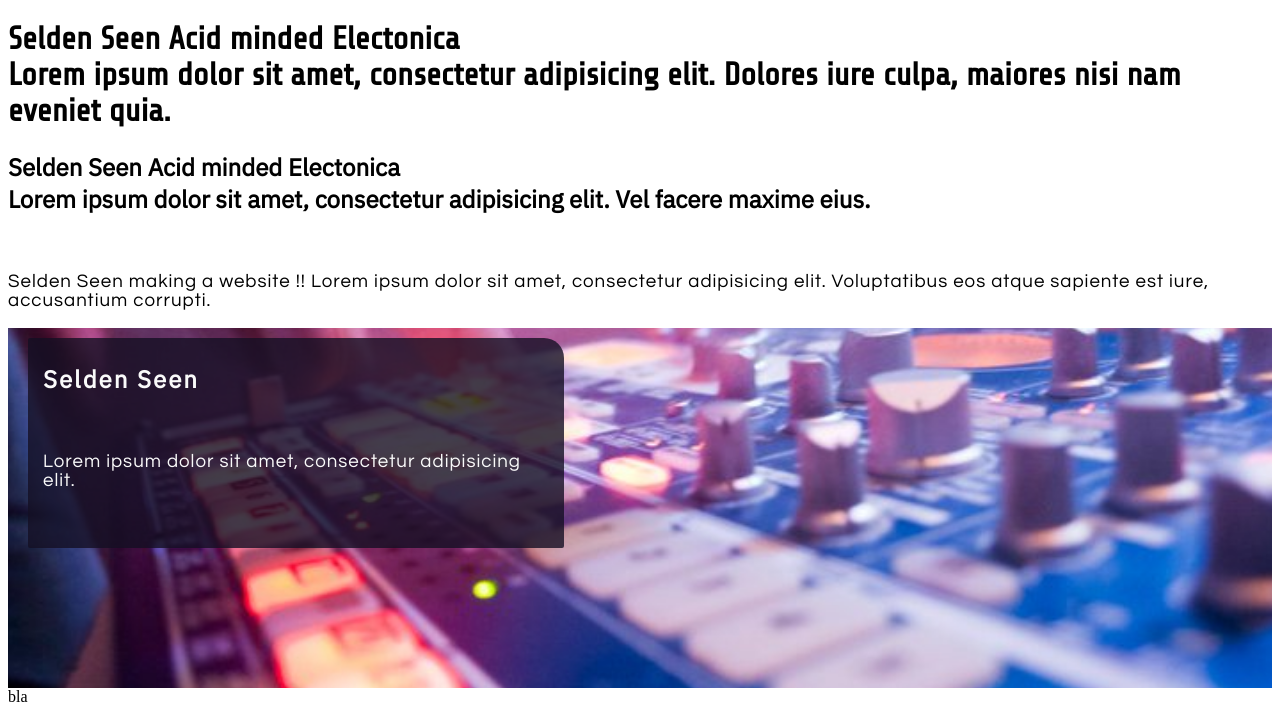
Repository: josvelema/milestone
Page: index.html
The author's editor kept a record of every edit. The page is drawn from the files as they stood at one moment, then again after the next edit.
The browser window is 1280 px wide. The pictures show the whole page.
Backgrounds fixed to the window are drawn as part of the page.

Above is the page before.

### index.html
<!DOCTYPE html>
<html lang="en">

<head>
    <meta charset="UTF-8">
    <meta name="viewport" content="width=device-width, initial-scale=1.0">
    <meta http-equiv="X-UA-Compatible" content="ie=edge">
    <link href="https://fonts.googleapis.com/css?family=IBM+Plex+Sans|Questrial|Share+Tech&display=swap" rel="stylesheet">
    <link href="CSS/style.css" rel="stylesheet" type="text/css">
    <title>Selden Seen</title>
</head>

<body>
    <header class="header">
        <h1> Selden Seen Acid minded Electonica<br> Lorem ipsum dolor sit amet, consectetur adipisicing elit. Dolores iure culpa, maiores nisi nam eveniet quia.
        </h1>
        <h2> Selden Seen Acid minded Electonica
            <br> Lorem ipsum dolor sit amet, consectetur adipisicing elit. Vel facere maxime eius.</h2>
        <br>
        <h3>Selden Seen making a website !! Lorem ipsum dolor sit amet, consectetur adipisicing elit. Voluptatibus eos atque sapiente est iure, accusantium corrupti.</h3>
    </header>
    <section>
        <div class="hero-image">
            <aside>
            <div class="callout">
                <h2>Selden Seen</h2>
                <br>
                <h3>Lorem ipsum dolor sit amet, consectetur adipisicing elit.</h3>
            </div>
            </aside>
        </div>
    </section>
    <br>
    <div class="footer">bla</div>
</body>

</html>

### CSS/style.css
@import url('https://fonts.googleapis.com/css?family=IBM+Plex+Sans|Questrial|Share+Tech&display=swap');

h1 {
    font-family: 'Share Tech', sans-serif;
}


h3 {
    font-family: 'Questrial', sans-serif;
    font-weight:300;
    letter-spacing: 1px;
}

h2 {
    font-family: 'IBM Plex Sans', sans-serif;
}
.head {
    background-color:transparent;
    width:75%;
    color: #777777;
}
.hero-image{
    background: url("../img/emxheroimage.jpg")no-repeat center center fixed;
    background-position: relative;
    background-repeat: no-repeat;
    background-size: cover;
    min-height: 360px;
    transition: all 5s ease-in-out;
    -moz-transition: all .5s ease-in-out;
    -webkit-transition: all .5s ease-in-out;
    background-color: rgba(0,0,0,0.5);
     width:100%;
      float: left;

    }



.callout {
        font-family: 'Share Tech', sans-serif;
        color: #fafafa;
        letter-spacing: 2px;
        font-weight:300;
        width:40%;
        height:200px;
        margin-top: 10px;
        margin-left:20px;
        margin-bottom: 40px;
        padding:5px 15px 5px 15px;
        background-color: rgba(20,15,35,0.8);
        border-top-right-radius: 20px;
        border-top-left-radius: 2px;
        border-bottom-left-radius: 2px;
        border-bottom-right-radius: 2px;
        display: inline-block;
}

.foot {
    width: 90%;
    height: 100px;
    background-color: rgba(25,25,25,0.5);
    color: #fafafa;
    border-radius: 5px 5px;
    border-color: #777777;
    position: relative;
    float: left;
    margin:5px auto;
    padding: 10px 30px 10px 30px;

}

After the next edit:
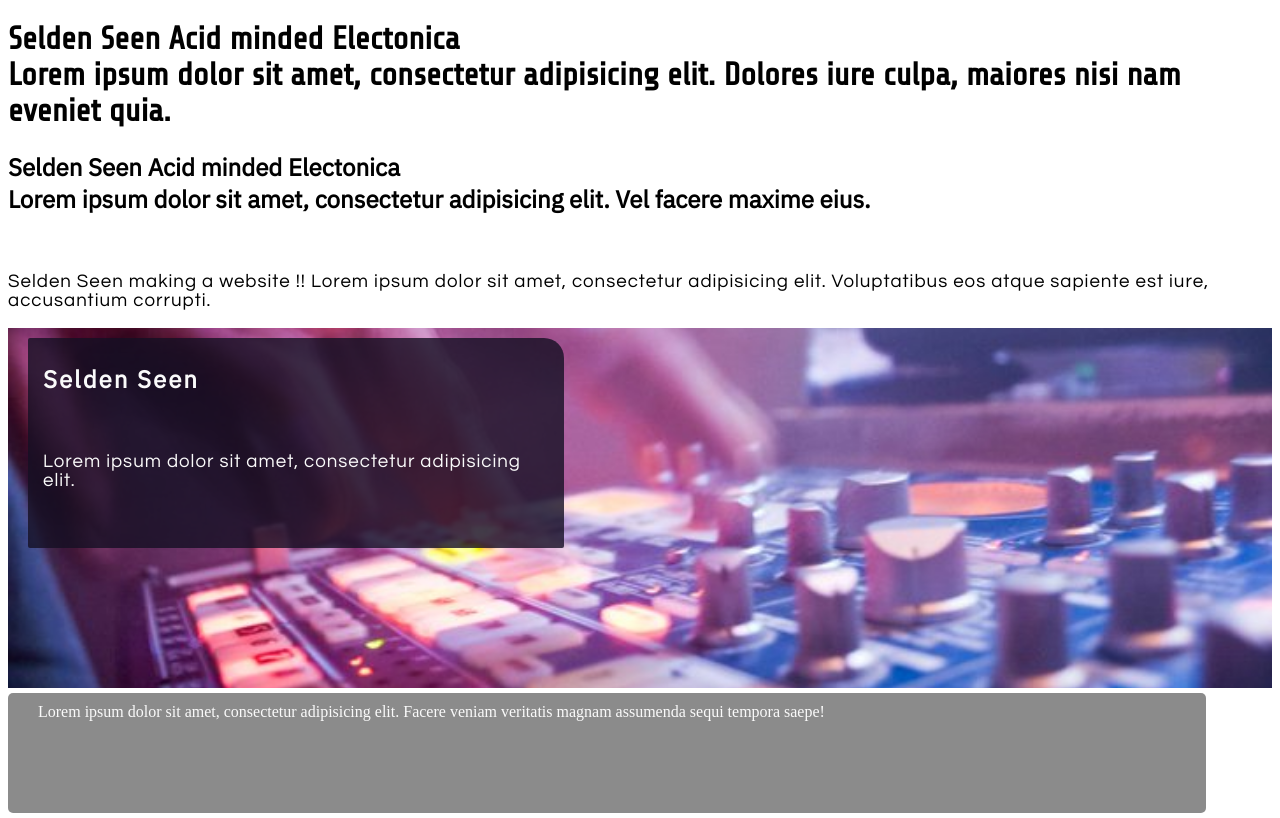
The edit:
--- a/index.html
+++ b/index.html
@@ -31,7 +31,9 @@
         </div>
     </section>
     <br>
-    <div class="footer">bla</div>
+    <footer>
+    <div class="foot">Lorem ipsum dolor sit amet, consectetur adipisicing elit. Facere veniam veritatis magnam assumenda sequi tempora saepe!</div>
+    </footer>
 </body>
 
 </html>
